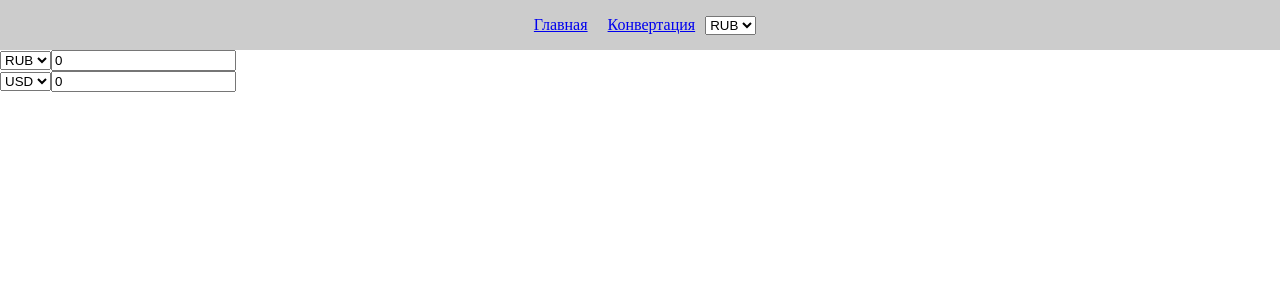
Repository: Friend689/vite-vue-currency-conversion
Page: /convert
These files come from the project's save history. The page is drawn as it stood at one moment and after the next save; the edit follows.
The browser window is 1280 px wide. The pictures show the whole page.
The page's requests for data from a server got no answer. The project was rebuilt for these pictures with package versions that can differ from the ones it lists, and the page was loaded fresh each time. No one was signed in, and anything a server would have sent is missing. Also part of the build but not shown: vite.config.js, src/views/Main.vue.

Above is the page before, as saved 2024-09-03 19:45:48.

### src/main.js
import { createApp } from 'vue'
import './style.css'
import App from './App.vue';
import router from './router';

createApp(App).use(router).mount('#app')

### src/style.css
* {
	box-sizing: border-box;
}

html, body, div, span, applet, object, iframe,
h1, h2, h3, h4, h5, h6, p, blockquote, pre,
a, abbr, acronym, address, big, cite, code,
del, dfn, em, img, ins, kbd, q, s, samp,
small, strike, strong, sub, sup, tt, var,
b, u, i, center,
dl, dt, dd, ol, ul, li,
fieldset, form, label, legend,
table, caption, tbody, tfoot, thead, tr, th, td,
article, aside, canvas, details, embed,
figure, figcaption, footer, header, hgroup,
menu, nav, output, ruby, section, summary,
time, mark, audio, video {
	margin: 0;
	padding: 0;
	border: 0;
	font-size: 100%;
	font: inherit;
	vertical-align: baseline;
}

html, body, #app {
	height: 100vh;
	width: 100vw;
}
/* HTML5 display-role reset for older browsers */
article, aside, details, figcaption, figure,
footer, header, hgroup, menu, nav, section {
	display: block;
}
body {
	line-height: 1;
}
ol, ul {
	list-style: none;
}
blockquote, q {
	quotes: none;
}
blockquote:before, blockquote:after,
q:before, q:after {
	content: '';
	content: none;
}
table {
	border-collapse: collapse;
	border-spacing: 0;
}

main {
	width: 100%;
  height: 100%;
}

.h-100 {
	height: 100%;
}

### src/App.vue
<script setup>
import { ref, onMounted } from "vue";
import Header from "@/components/ui/Header.vue";

const rates = ref({});
const currencies = ref(['USD', 'EUR', 'RUB']);
const selectedCurrency = ref('RUB');

const changeCurrency = (currency) => {
  selectedCurrency.value = currency;
  getCurrencies();
};

const getCurrencies = () => {
  fetch("https://status.neuralgeneration.com/api/currency")
    .then(response => response.json())
    .then(data => {
      rates.value = {};
      for (const pair in data) {
        const [from, to] = pair.split('-');
        if (from === selectedCurrency.value.toLowerCase()) {
          rates.value[to] = data[pair].toFixed(2);
        } else if (to === selectedCurrency.value.toLowerCase()) {
          rates.value[from] = (1 / data[pair]).toFixed(2);
        }
      }
    });
}

onMounted(() => {
  getCurrencies();
})
</script>

<template>
  <div class="main-wrap">
    <Header @change-currency="changeCurrency" />
    <main>
      <router-view :rates="rates" :currencies="currencies" />
    </main>
  </div>
</template>

<style scoped>
.main-wrap {
  /* height: 100%; */
  display: flex;
  flex-direction: column;
}

main {
  flex-grow: 1;
}
</style>

### src/router/index.js
import { createRouter, createWebHistory } from 'vue-router'

import Main from '@/views/Main.vue';
import Convert from '@/views/Convert.vue';


const routes = [
  { path: '/', component: Main },
  { path: '/convert', component: Convert },
]

export default createRouter({
  history: createWebHistory(),
  routes,
})

### src/components/ui/Header.vue
<script setup>
import { ref } from "vue";

const currencies = ref(["USD", "EUR", "RUB"]);
const selectedCurrency = ref("RUB");

const emit = defineEmits(["change-currency"])

const changeCurrency = () => {
  emit("change-currency", selectedCurrency.value)
}

</script>

<template>
  <header>
    <router-link to="/">Главная</router-link>
    <router-link to="/convert">Конвертация</router-link>
    <select v-model="selectedCurrency" @change="changeCurrency">
      <option v-for="currency in currencies" :key="currency" :value="currency">{{ currency }}</option>
    </select>
  </header>
</template>

<style scoped>
header {
  height: 50px;
  background-color: #ccc;
  display: flex;
  align-items: center;
  justify-content: center;
  padding: 0 10px;
}
header a {
  margin: 0 10px;
}
</style>

### src/views/Convert.vue
<script setup>
import { ref } from "vue";

const props = defineProps([
  "currencies",
  "rates"
]);

const fromCurrency = ref('RUB');
const toCurrency = ref('USD');
const fromValue = ref(0);
const toValue = ref(0);
const error = ref('');

const convert = () => {
  if (isNaN(fromValue.value) || isNaN(toValue.value)) {
    error.value = "Пожалуйста, введите числовое значение";
    return;
  }
  const fromRate = props.rates[fromCurrency];
  const toRate = props.rates[toCurrency];
  if (fromValue) {
    toValue.value = (fromValue.value / fromRate) * toRate;
  } else {
    fromValue.value = (toValue.value / toRate) * fromRate;
  }
  toValue.value = Number(toValue.value.toFixed(2));
  fromValue.value = Number(fromValue.value.toFixed(2));
  error.value = "";
}
</script>

<template>
  <div class="page-convert">
    <form>
      <div>
        <select v-model="fromCurrency">
          <option v-for="currency in currencies" :key="currency" :value="currency">{{ currency }}</option>
        </select>
        <input type="number" v-model="fromValue" @input="convert" />
      </div>
      <div>
        <select v-model="toCurrency">
          <option v-for="currency in currencies" :key="currency" :value="currency">{{ currency }}</option>
        </select>
        <input type="number" v-model="toValue" @input="convert" />
      </div>
    </form>
    <p v-if="error">{{ error }}</p>
  </div>
</template>

<style scoped>
.page-convert {
  display: flex;
}
</style>

Loaded but not shown: index.html (common file)

After the next save:
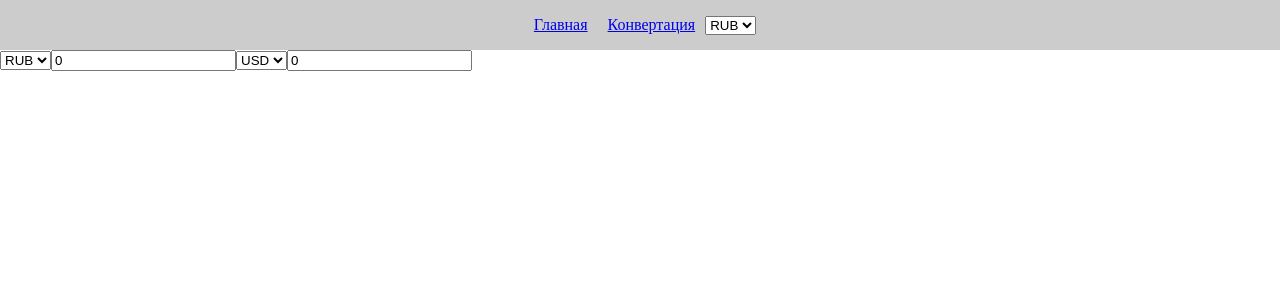
Saved 22 s later.
--- a/src/views/Convert.vue
+++ b/src/views/Convert.vue
@@ -51,7 +51,8 @@ const convert = () => {
 </template>
 
 <style scoped>
-.page-convert {
+.page-convert {}
+form {
   display: flex;
 }
 </style>
